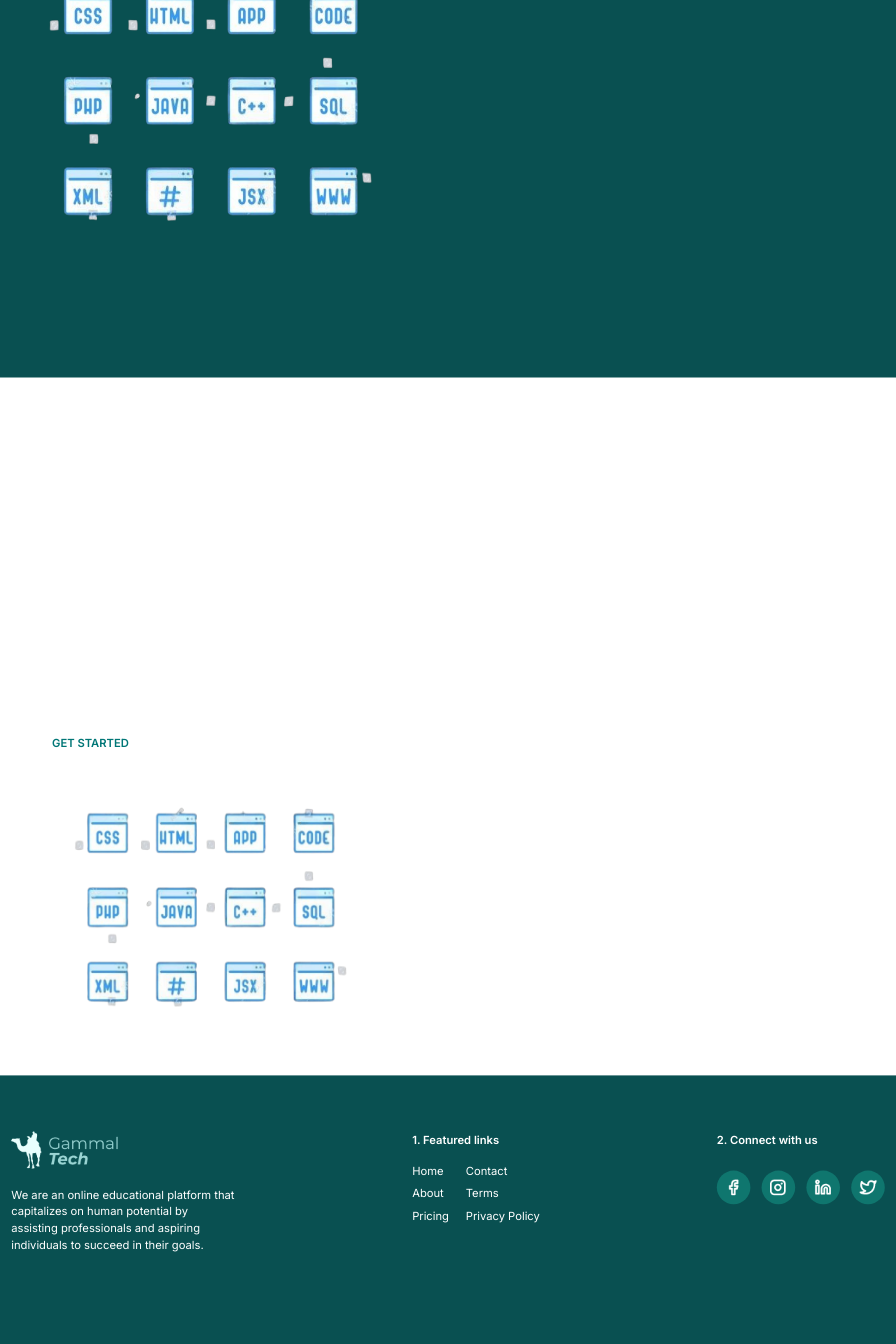
Repository: Ahmed77669/Internship-test
Page: /
The author's editor kept a copy of each file at every save. The page is drawn from the files as they stood at one save, then again after the next save.
The browser window is 1280 px wide. The pictures show the part of the page from y = 1466 to 3386 px (the page is 3386 px tall before and 3046 px after), at 70% of full size.
The project was rebuilt for these pictures with package versions that can differ from the ones it lists, and the page was loaded fresh each time. The framework's server and built-in components were replaced by stand-ins that run in the browser. Also part of the build but not shown: next.config.mjs.

Above is the page before, as saved 2024-10-13 19:24:55.

After the next save:
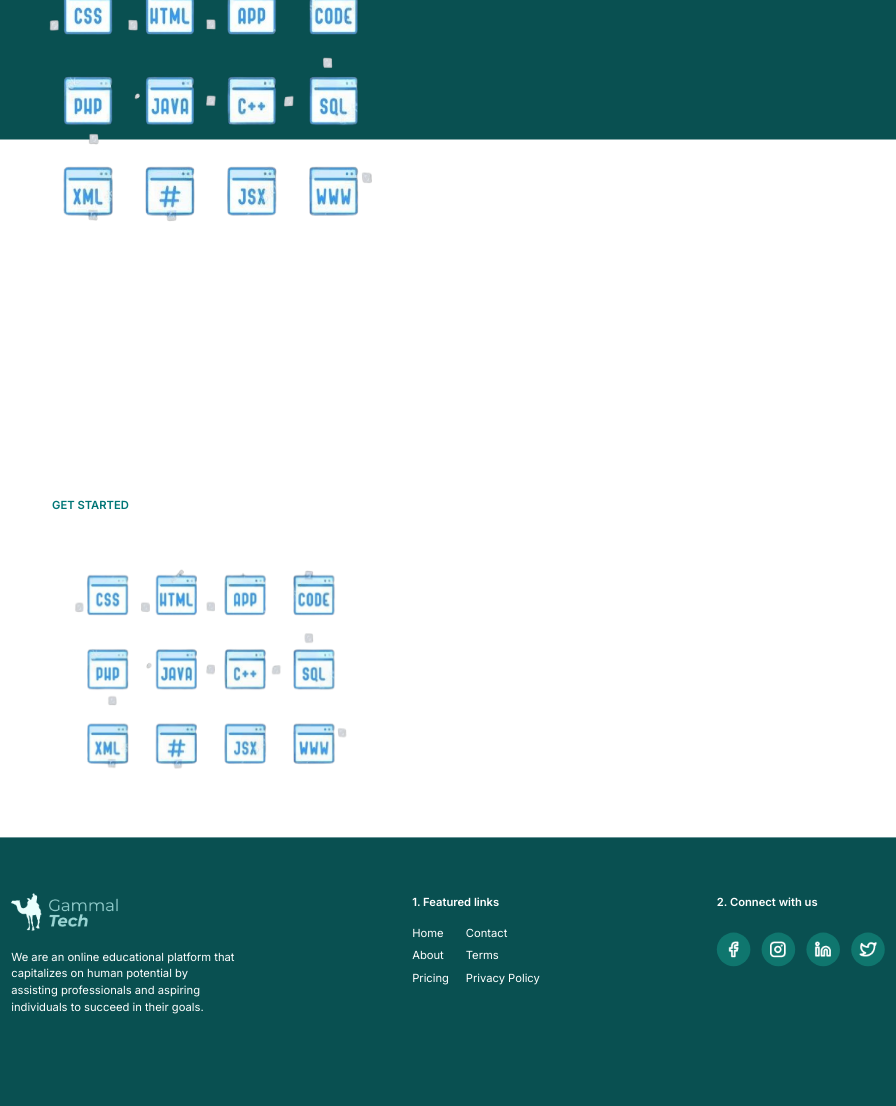
Saved 16 s later.
--- a/components/Home_1.tsx
+++ b/components/Home_1.tsx
@@ -45,7 +45,7 @@
                </div>
 
         </div>
-<div className='bg-[#095051] mt-[12%] mb-[12%] py-36 h-[1140px]'>
+<div className='bg-[#095051] mt-[12%] mb-[12%] py-36 h-[800px]'>
 
 <div className="w-[92%]  container mx-auto flex justify-between flex-wrap">
             <div className='w-[700px]'>
